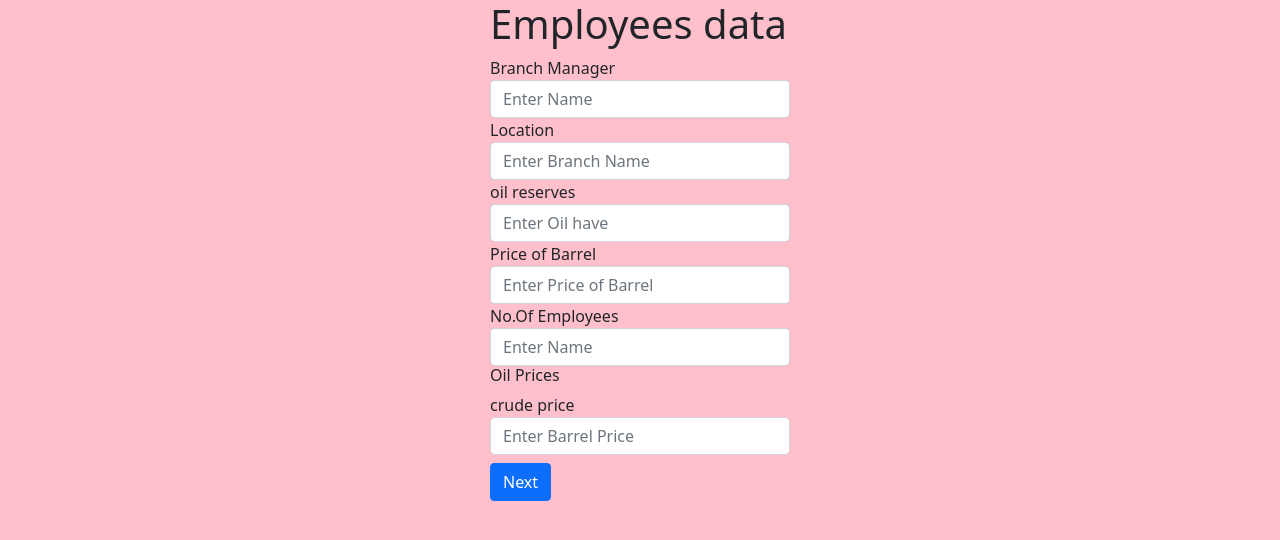
Repository: veerrajuMareddi/demo
Page: http://localhost/OilCorporation/views/save.jsp
These files come from the project's save history. The page is drawn as it stood at one moment and after the next save; the edit follows.
The browser window is 1280 px wide. The pictures show the whole page.
The page is served by Tomcat 9. Other server files are loaded and not shown.

Above is the page before, as saved 2022-05-01 04:42:59.

### OilCorporation/src/main/webapp/views/save.jsp

<%@ page language="java" contentType="text/html; charset=ISO-8859-1"
	pageEncoding="ISO-8859-1"%>
<%@ taglib uri="http://www.springframework.org/tags/form" prefix="form"%>
<%@taglib prefix="c" uri="http://java.sun.com/jsp/jstl/core"%>

<!DOCTYPE html>
<html>
<head>
<link
	href="https://cdn.jsdelivr.net/npm/bootstrap@5.1.3/dist/css/bootstrap.min.css"
	rel="stylesheet"
	integrity="sha384-1BmE4kWBq78iYhFldvKuhfTAU6auU8tT94WrHftjDbrCEXSU1oBoqyl2QvZ6jIW3"
	crossorigin="anonymous">
<script
	src="https://cdn.jsdelivr.net/npm/bootstrap@5.1.3/dist/js/bootstrap.bundle.min.js"
	integrity="sha384-ka7Sk0Gln4gmtz2MlQnikT1wXgYsOg+OMhuP+IlRH9sENBO0LRn5q+8nbTov4+1p"
	crossorigin="anonymous"></script>
<meta charset="ISO-8859-1">
<title>oilLmtd</title>
</head>

	<body style="background-color: pink;">
<style>
	form {
		width: 300px;
		margin: 0 auto;
	}
</style>
   <form action ="${pageContext.request.contextPath}/src/saveModel" method="post">
   <h1>Employees data</h1>
   <div class="form-group">
    <label for="branchManager">Branch Manager</label>
    <input type="text" class="form-control" name ="branchManager" id="branchManager" aria-describedby="emailHelp" placeholder="Enter Name">
   </div>
   <div class="form-group">
    <label for="branchManager">Location</label>
    <input type="text" class="form-control" name ="location" id="branchManager" aria-describedby="emailHelp" placeholder="Enter Branch Name">
   </div>
   <div class="form-group">
    <label for="branchManager">oil reserves</label>
    <input type="text" class="form-control" name ="oilReserves" id="branchManager" aria-describedby="emailHelp" placeholder="Enter Oil have">
   </div>
    <div class="form-group">
    <label for="branchManager">Price of Barrel</label>
    <input type="number" class="form-control" name ="barrelPrice" id="branchManager" aria-describedby="emailHelp" placeholder="Enter Price of Barrel">
   </div>
   <div class="form-group">
    <label for="branchManager">No.Of Employees</label>
    <input type="number" class="form-control" name ="emp.toatalEmployees" id="branchManager" aria-describedby="emailHelp" placeholder="Enter Name">
   </div>
  <!-- <div class="form-group">
    <label for="exampleInputPassword1">Salary</label>
    <input type="number" class="form-control" name="emp.salary" id="oilReserves" placeholder="Enter Barrel Price">
  </div> -->
  <h6>Oil Prices</h6>
    <div class="form-group">
    <label for="exampleInputPassword1"> crude price</label>
    <input type="number" class="form-control" name="prices.crudePrice" id="oilReserves" placeholder="Enter Barrel Price">
  </div>
 <!--  <div class="form-group">
    <label for="exampleInputPassword1"> petrol price</label>
    <input type="number" class="form-control" name="prices.petrolPrice" id="oilReserves" placeholder="Enter Barrel Price">
  </div>
  <div class="form-group">
    <label for="exampleInputPassword1">diesel price</label>
    <input type="number" class="form-control" name="prices.dieselPrice" id="oilReserves" placeholder="Enter Barrel Price">
  </div>
  <div class="form-group">
    <label for="exampleInputPassword1">Gas price</label>
    <input type="number" class="form-control" name="prices.gasPrice" id="oilReserves" placeholder="Enter Barrel Price">
  </div>
 -->  <!-- <div class="form-group">
    <label for="exampleInputPassword1">Salary</label>
    <input type="number" class="form-control" name="emp.salary" id="oilReserves" placeholder="Enter Barrel Price">
  </div> -->
  <div class="form-group mt-2">
  <button type="submit" class="btn btn-primary">Next</button>
  </div>
</form>
</body>
</html>

After the next save:
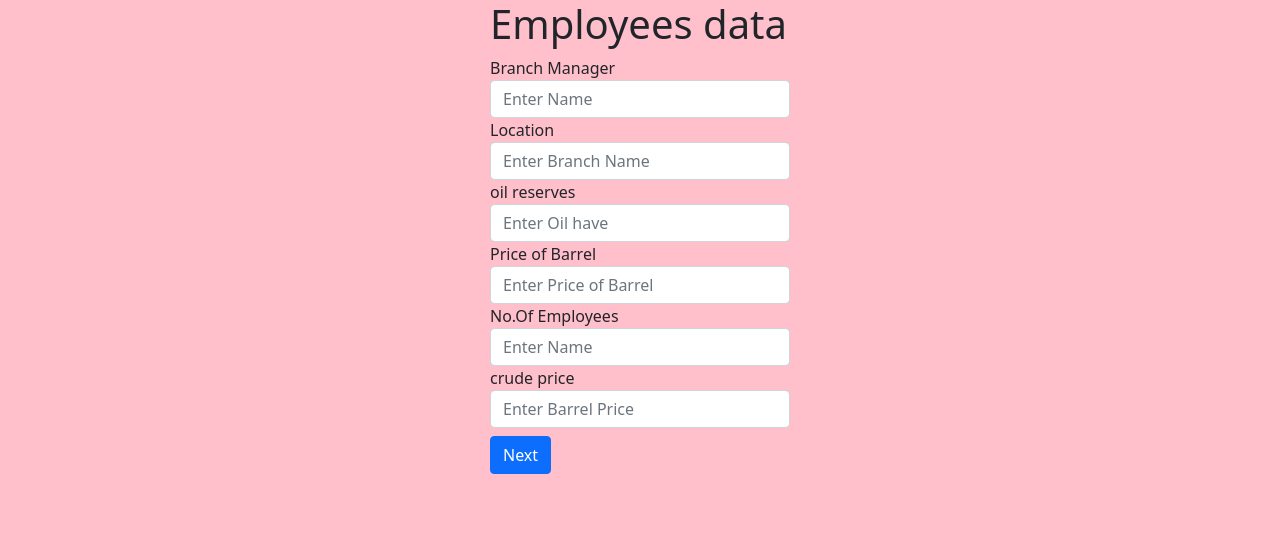
Saved 7 s later.
--- a/OilCorporation/src/main/webapp/views/save.jsp
+++ b/OilCorporation/src/main/webapp/views/save.jsp
@@ -53,7 +53,7 @@
     <label for="exampleInputPassword1">Salary</label>
     <input type="number" class="form-control" name="emp.salary" id="oilReserves" placeholder="Enter Barrel Price">
   </div> -->
-  <h6>Oil Prices</h6>
+
     <div class="form-group">
     <label for="exampleInputPassword1"> crude price</label>
     <input type="number" class="form-control" name="prices.crudePrice" id="oilReserves" placeholder="Enter Barrel Price">
